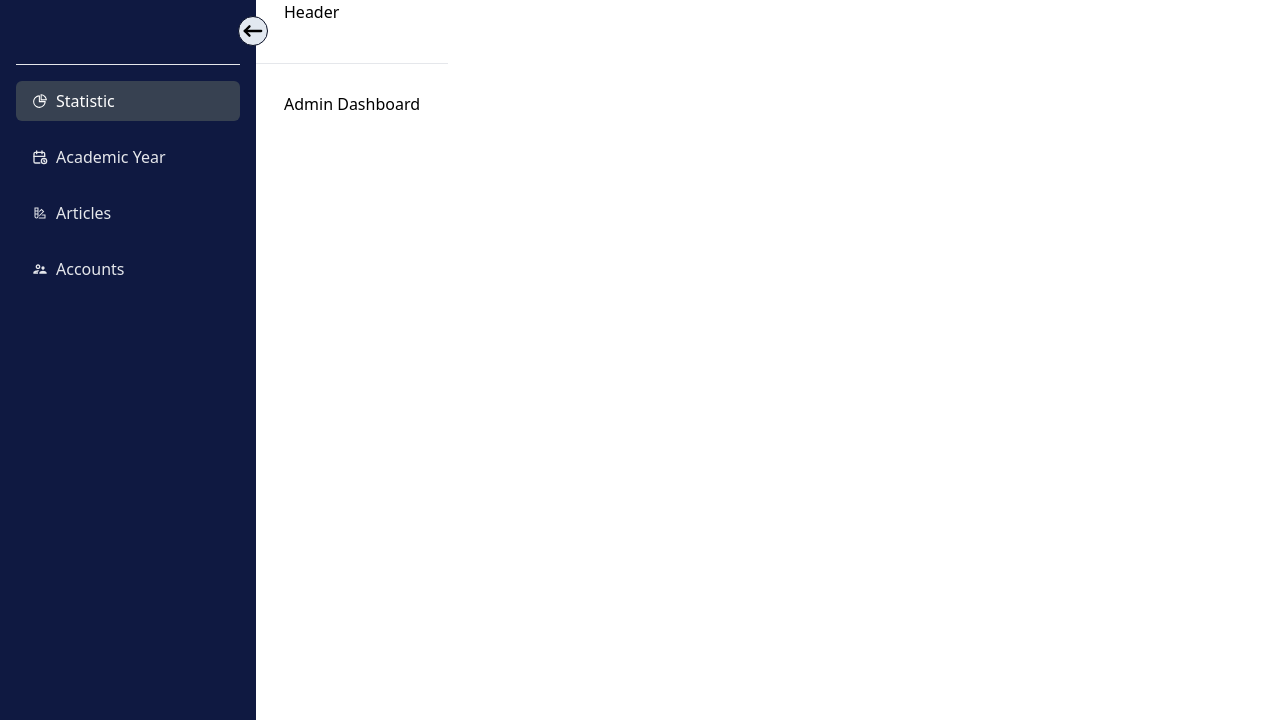
Repository: huynhvanngoan/COMP1640FE-Template
Page: /admin
An editor plug-in stored every save of this project. The page is shown before and after a run of saves, followed by the edit.
The browser window is 1280 px wide. The pictures show the whole page.
The project was rebuilt for these pictures with package versions that can differ from the ones it lists, and the page was loaded fresh each time. Also part of the build but not shown: src/components/buttonStyles.js, src/pages/LoginPage.jsx, src/pages/student/StudentDashboard.jsx, src/pages/department/DepartmentDashboard.jsx, src/pages/marketing/MarketingDashboard.jsx, src/pages/guest/GuestDashboard.jsx.

Above is the page before, as saved 2024-03-24 06:54:06.

### src/index.js
import React from 'react';
import ReactDOM from 'react-dom/client';
import './index.css';
import App from './App';

const root = ReactDOM.createRoot(document.getElementById('root'));
root.render(
  <React.StrictMode>
      <App />
  </React.StrictMode>
)

### src/index.css
@import url('https://fonts.googleapis.com/css2?family=Inter:wght@100;200;300;400;500;600;700;800;900&display=swap');
@tailwind base;
@tailwind components;
@tailwind utilities;

### src/App.js
import React from 'react'
import { BrowserRouter as Router, Routes, Route, Navigate } from "react-router-dom";
import LoginPage from './pages/LoginPage';
import StudentDashboard from './pages/student/StudentDashboard';
import DepartmentDashboard from './pages/department/DepartmentDashboard';
import MarketingDashboard from './pages/marketing/MarketingDashboard';
import GuestDashboard from './pages/guest/GuestDashboard';
import Layout from './pages/admin/layout';
const App = () => {


  return (
    <Router>
        <Routes>
          <Route path="/login" element={<LoginPage/>} />

          <Route path="/admin" element={<Layout />}/>

          <Route path="/student-dashboard" element={<StudentDashboard />}/>

          <Route path="/guest-dashboard" element={<GuestDashboard />}/>

          <Route path="/department-dashboard" element={<DepartmentDashboard />}/>

          <Route path="/marketing-dashboard" element={<MarketingDashboard />}/>

          {/* <Route path='/marketing-homepage' element={<MarketingHomePage  />}/> */}

          <Route path='*' element={<Navigate to="/login" />} />

        </Routes>
    </Router>
  )
}

export default App

### src/pages/admin/layout.js
import React from 'react';
import Sidebar from './Sidebar';
import Header from './Header';
import AdminDashboard from './AdminDashboard';


export default function Layout() {
  return (
      <div className='flex'>
        <Sidebar />
        <div className='flex flex-col'>
          <Header />
          <AdminDashboard />
        </div>
      </div>
  );
}

### src/pages/admin/Sidebar.js
import React, { useState } from 'react';
import { Link } from 'react-router-dom';
import { AiOutlinePieChart } from "react-icons/ai";
import { TbCalendarTime } from "react-icons/tb";
import { LiaSwatchbookSolid } from "react-icons/lia";
import { MdOutlineSupervisorAccount } from "react-icons/md";
import { TbArrowNarrowLeft } from "react-icons/tb";
export const SidebarContent = [
  {
    icon: AiOutlinePieChart,
    heading: "Statistic"
  },
  {
    icon: TbCalendarTime,
    heading: "Academic Year"
  },
  {
    icon: LiaSwatchbookSolid,
    heading: "Articles"
  },
  {
    icon: MdOutlineSupervisorAccount,
    heading: "Accounts"
  }
]

export default function Sidebar() {
  const [selected, setSelected] = useState(0);
  const [colapse, setColapse] = useState(true);

  return (
    <div className={`left-0 top-0 h-screen bg-[#0f1941] p-4 ${colapse ? "w-64" : "w-20"} duration-300`}>
        <div className='flex flex-col'>
           <div className='relative flex h-10 justify-end'>
            <TbArrowNarrowLeft  className={`text-3xl bg-slate-200 rounded-full cursor-pointer absolute -right-7 border border-[#080e24] hover:text-white ${!colapse && 'rotate-180'}`} onClick={() => setColapse(!colapse)} />
           </div>
          <ul className='my-2 border-t pt-4 w-full items-center'>
            {SidebarContent.map((item, index) => {
              return (
                <li className={selected === index  ? "mb-4 group active" : "mb-4" } key={index} onClick={() => setSelected(index)}>
                  <Link to="#" className={`flex w-full rounded-md items-center space-x-2 text-gray-200 px-4 py-2 hover:bg-[#080e24] hover:text-white group-[.active]:bg-gray-700 group-[.active]:text-white $`}>
                    { colapse ? (
                      <>
                        <item.icon />
                        <span>{item.heading}</span>
                      </>
                    ) : ( <item.icon />)
                    }
                  </Link>
                </li>
              )
            })}
          </ul>
        </div>
    </div>
  );
}

### src/pages/admin/Header.js
import React from 'react';

export default function Header() {
  return (
    <div className='px-7 border-b w-full h-16'>
        Header
    </div>
  );
}

### src/pages/admin/AdminDashboard.js
import React from 'react'

const AdminDashboard = () => {
  return (
      <div className='p-7'>
        Admin Dashboard
      </div>
  )
}

export default AdminDashboard

### tailwind.config.js
/** @type {import('tailwindcss').Config} */
module.exports = {
  content: [
    "./src/**/*.{js,jsx,ts,tsx}",
  ],
  theme: {
    extend: {
      fontFamily: {
        "inter": ["Inter", "sans-serif"]
      }
    },
  },
  plugins: [],
}

Loaded but not shown: public/index.html (common file)

After the next 9 saves:
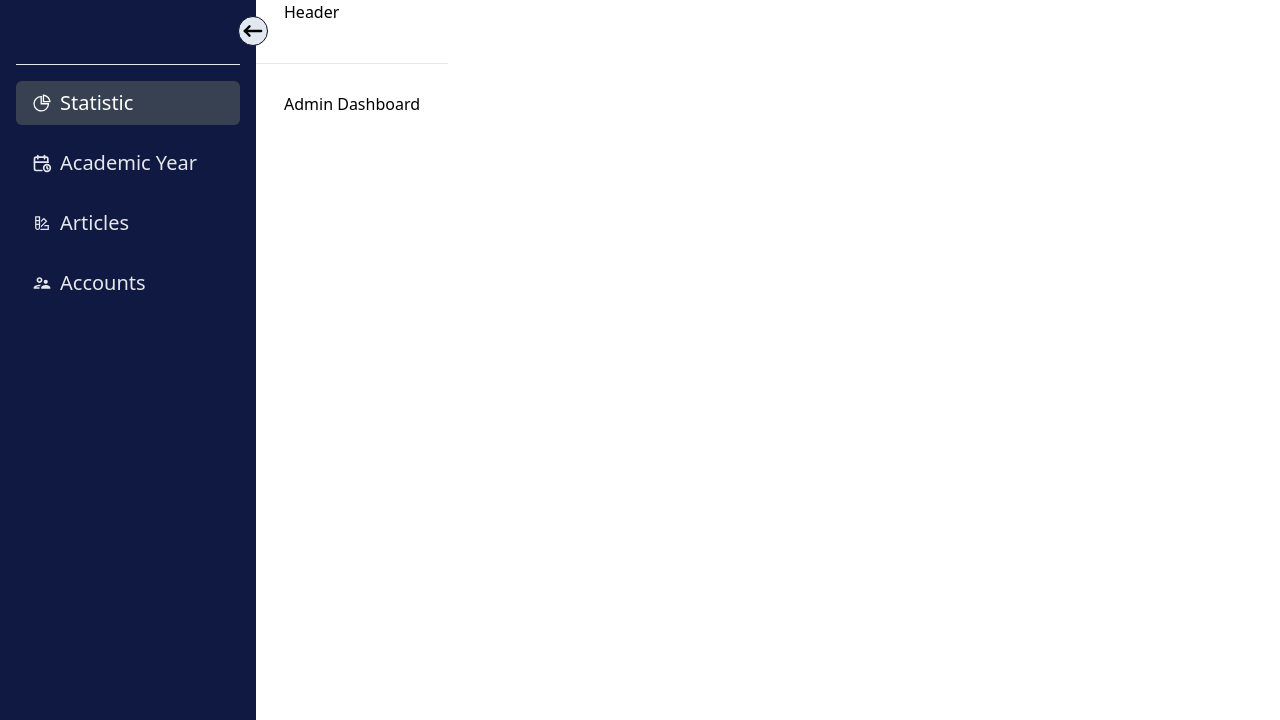
The 9 saves are shown as one change because 1 did not build or start and some came seconds apart.
The last was saved 22 s later.
--- a/src/pages/admin/Sidebar.js
+++ b/src/pages/admin/Sidebar.js
@@ -38,7 +38,7 @@ export default function Sidebar() {
             {SidebarContent.map((item, index) => {
               return (
                 <li className={selected === index  ? "mb-4 group active" : "mb-4" } key={index} onClick={() => setSelected(index)}>
-                  <Link to="#" className={`flex w-full rounded-md items-center space-x-2 text-gray-200 px-4 py-2 hover:bg-[#080e24] hover:text-white group-[.active]:bg-gray-700 group-[.active]:text-white $`}>
+                  <Link to="#" className={`flex w-full rounded-md items-center space-x-2 text-gray-200 px-4 py-2 hover:bg-[#080e24] hover:text-white group-[.active]:bg-gray-700 group-[.active]:text-white ${colapse ? 'text-xl': 'text-3xl'}`}>
                     { colapse ? (
                       <>
                         <item.icon />
